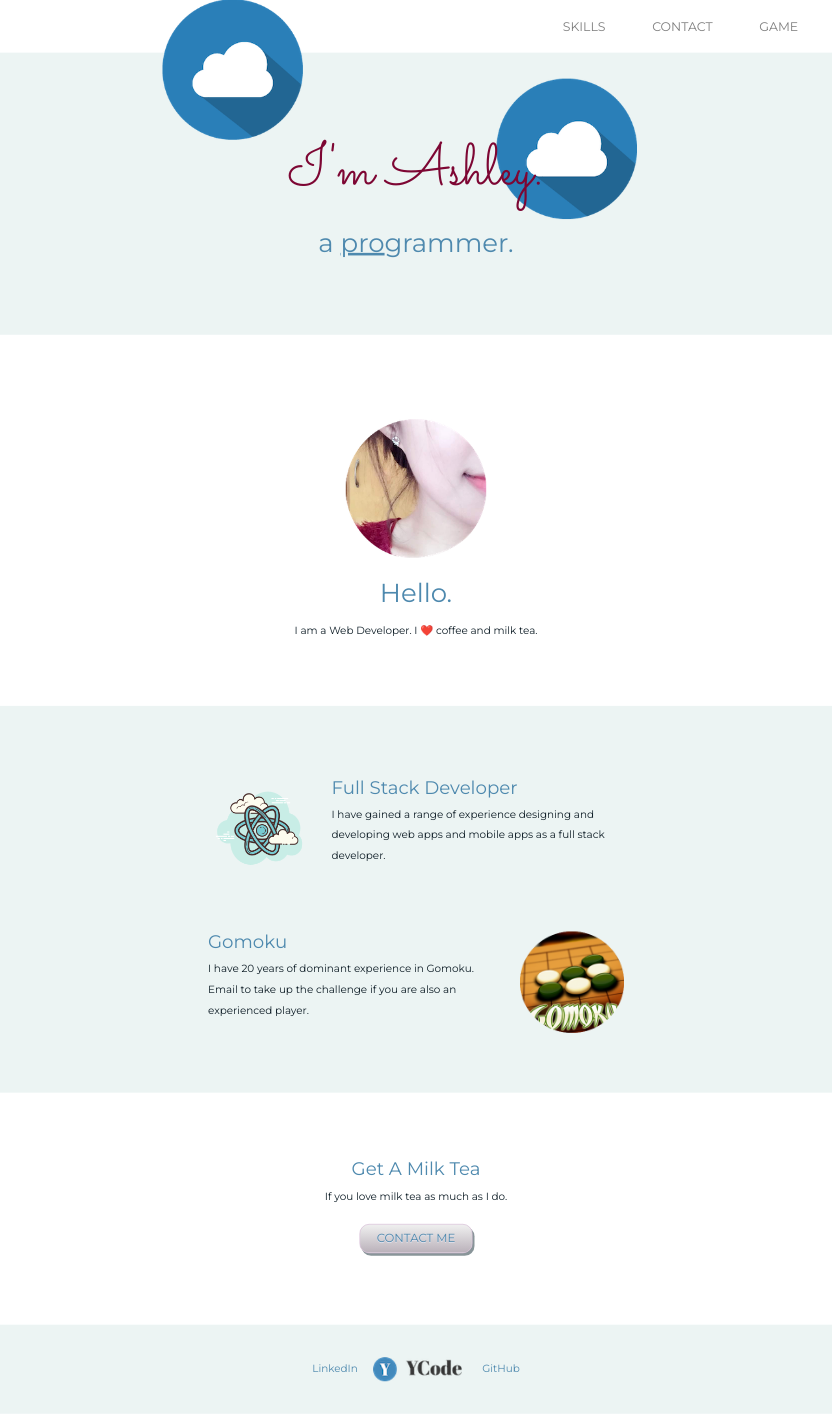
Repository: nosugarpls/YCode-my-website
Page: index.html
The author's editor kept a copy of each file at every save. The page is drawn from the files as they stood at one save, then again after the next save.
The browser window is 1280 px wide. The pictures show the whole page, at 65% of full size.

Above is the page before, as saved 2020-09-25 11:19:55.

After the next save:
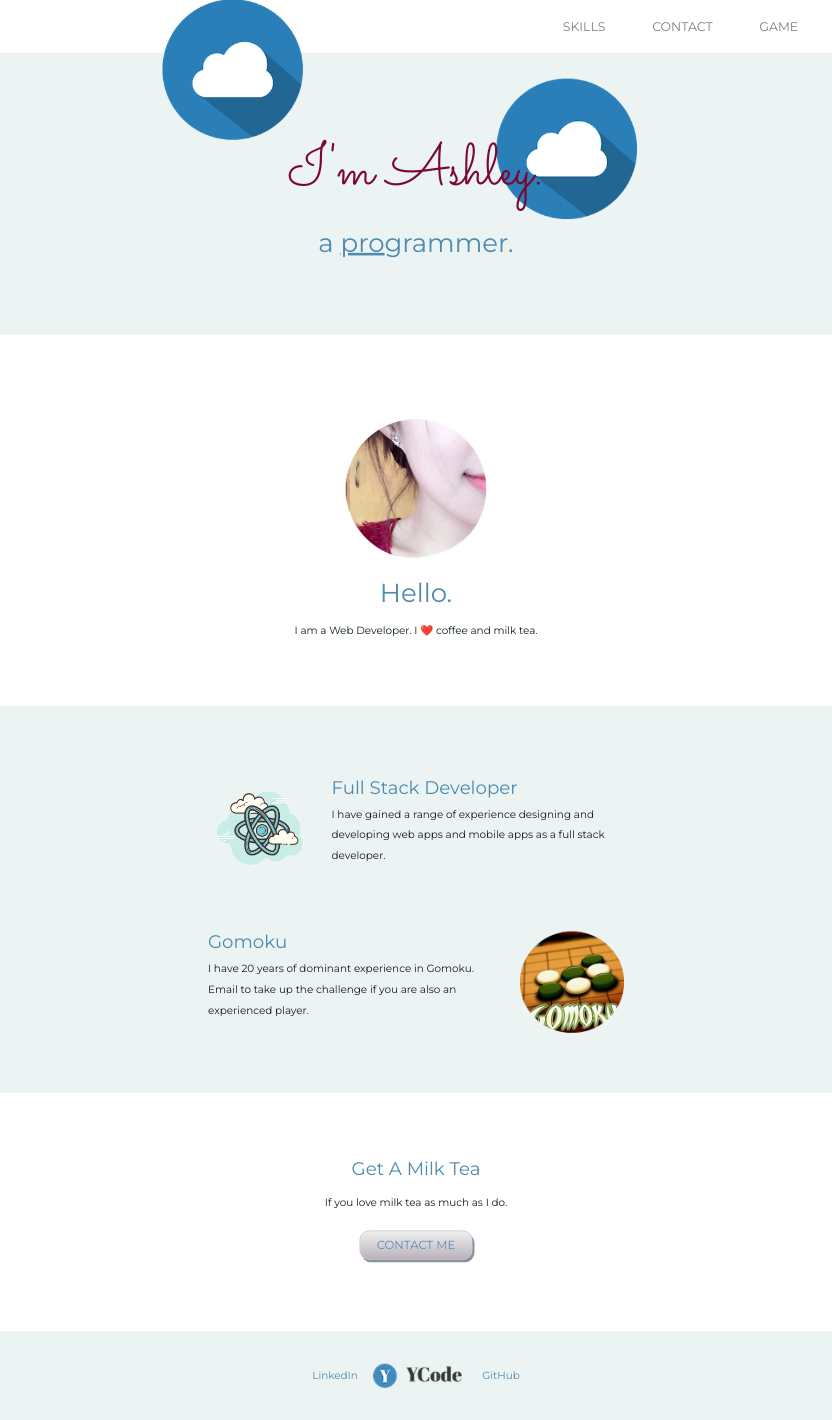
Saved 12 s later.
--- a/css/styles.css
+++ b/css/styles.css
@@ -119,8 +119,8 @@ a {
 }
 
 .contact-message {
-  margin-top: 10px;
-  margin-bottom: 10px;
+  margin-top: 20px;
+  margin-bottom: 20px;
 }
 
 .btn {
